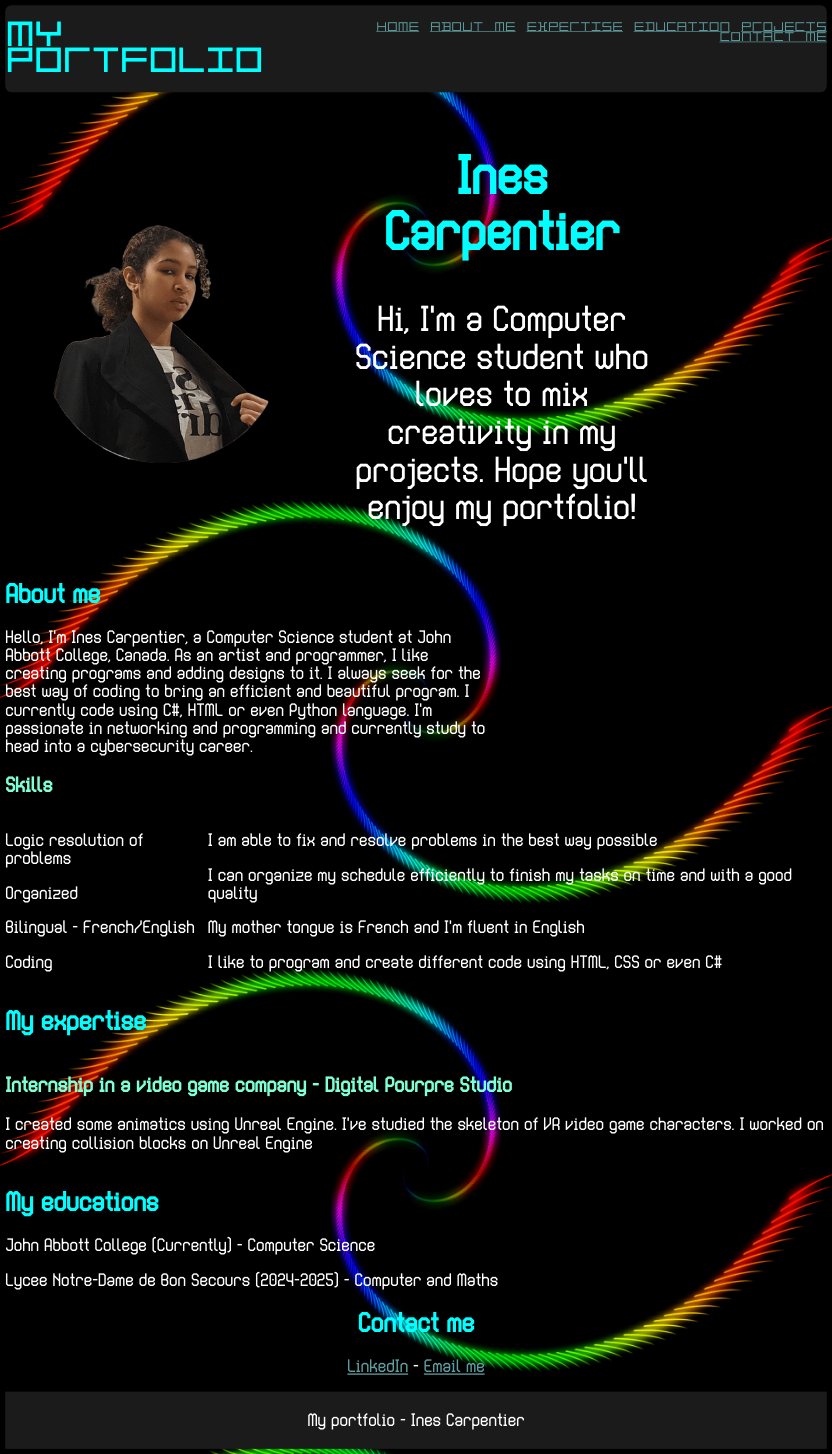
Repository: InsCarp/InsCarp
Page: index.html
An editor plug-in stored every save of this project. The page is shown before and after the next save, followed by the edit.
The browser window is 1280 px wide. The pictures show the whole page, at 65% of full size.
Backgrounds fixed to the window are drawn as part of the page.

Above is the page before, as saved 2026-05-12 09:53:06.

After the next save:
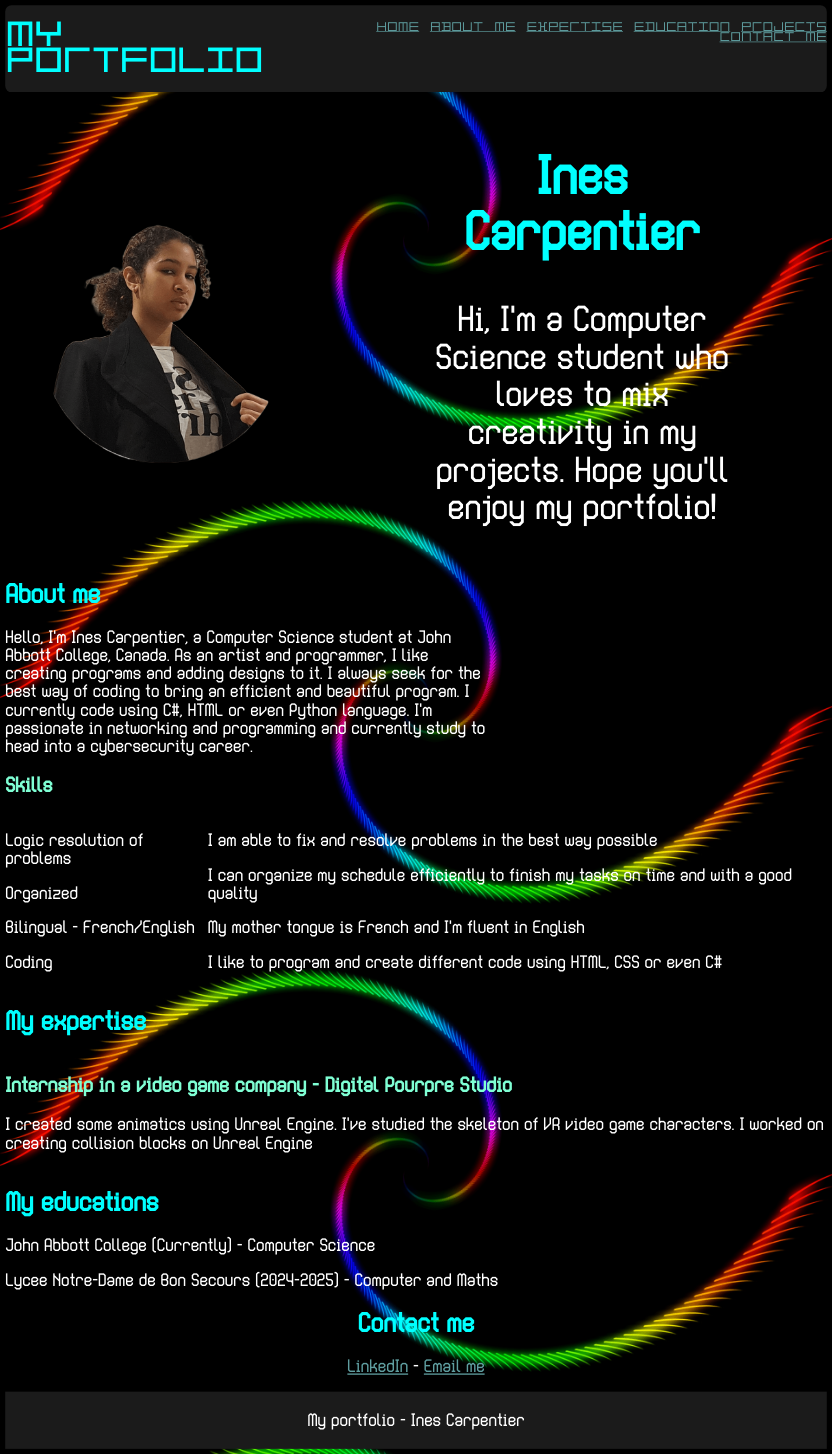
Saved 47 s later.
--- a/styles/index.css
+++ b/styles/index.css
@@ -41,7 +41,7 @@ section{
     text-align: center;
     font-size:2rem;
     width: 20rem;
-    margin-right: 10rem;
+    margin-right: 10%;
 }
 
 
